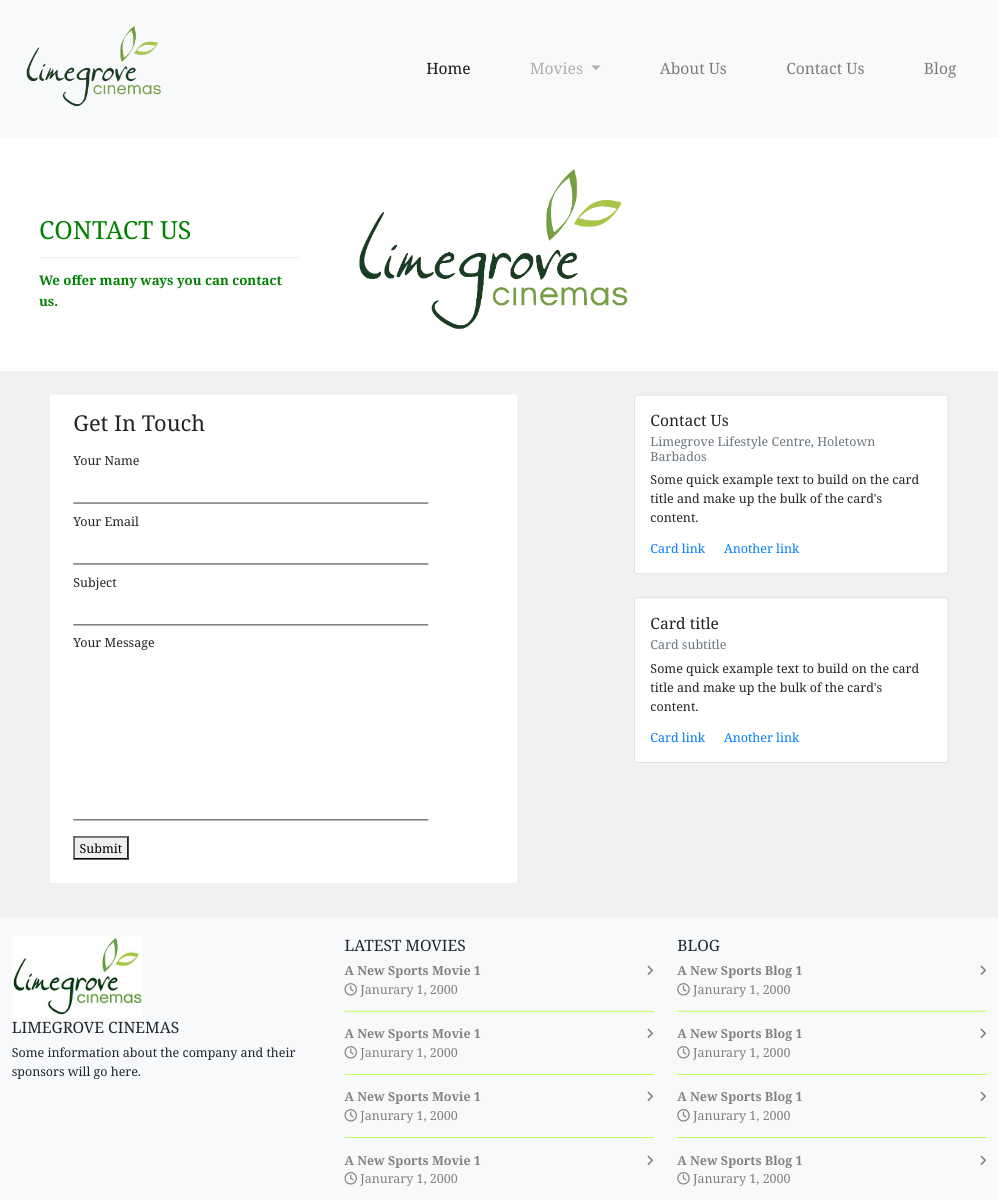
Repository: SimplyZacc/movie-web-template
Page: http://localhost/contactus.php
An editor plug-in stored every save of this project. The page is shown before and after the next save, followed by the edit.
The browser window is 1280 px wide. The pictures show the whole page, at 78% of full size.
Some web libraries are served in a nearby version. The page is run by PHP 8.4 with error messages shown; the project is at /var/www/html/.

Above is the page before, as saved 2020-03-28 19:30:54.

After the next save:
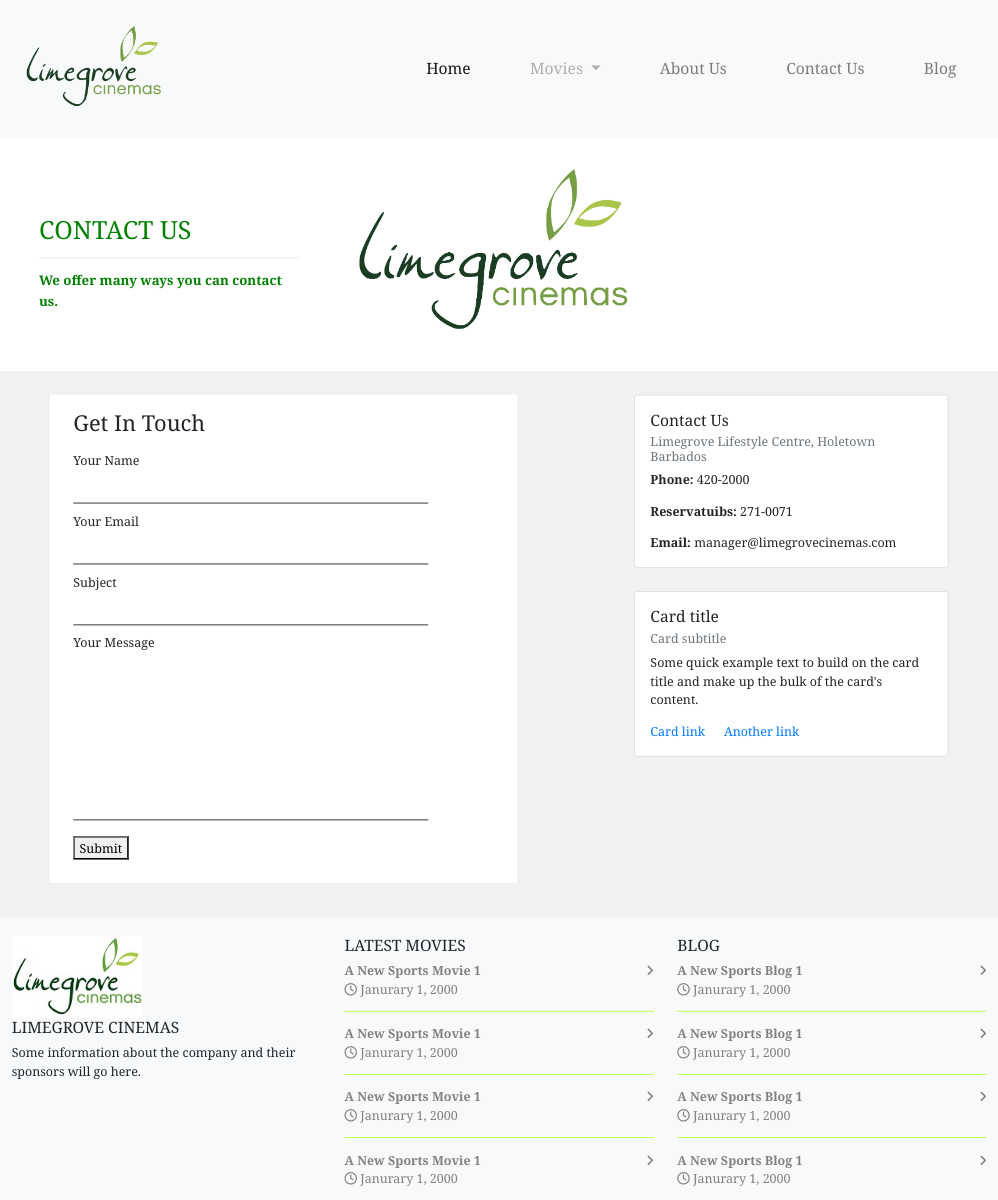
Saved 78 s later.
--- a/contactus.php
+++ b/contactus.php
@@ -21,9 +21,9 @@ include "templates/header.php";
                     <div class="card-body">
                         <h5 class="card-title">Contact Us</h5>
                         <h6 class="card-subtitle mb-2 text-muted">Limegrove Lifestyle Centre, Holetown <br> Barbados</h6>
-                        <p class="card-text">Some quick example text to build on the card title and make up the bulk of the card's content.</p>
-                        <a href="#" class="card-link">Card link</a>
-                        <a href="#" class="card-link">Another link</a>
+                        <p class="card-text"><b>Phone:</b> 420-2000</p>
+                        <p class="card-text"><b>Reservatuibs:</b> 271-0071</p>
+                        <p class="card-text"><b>Email:</b> manager@limegrovecinemas.com</p>
                     </div>
                 </div>
             </div>
